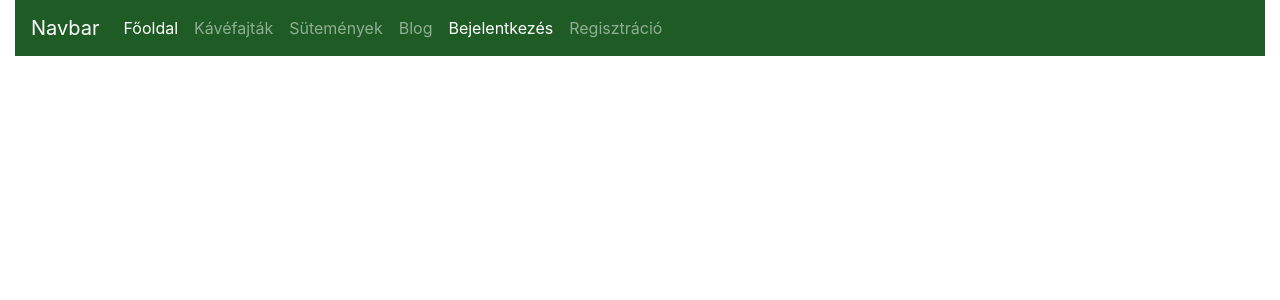
Repository: zsanber/kavezo
Page: index.html
These files come from the project's save history. The page is drawn as it stood at one moment and after the next save; the edit follows.
The browser window is 1280 px wide. The pictures show the whole page.

Above is the page before, as saved 2021-11-22 17:14:40.

After the next save:
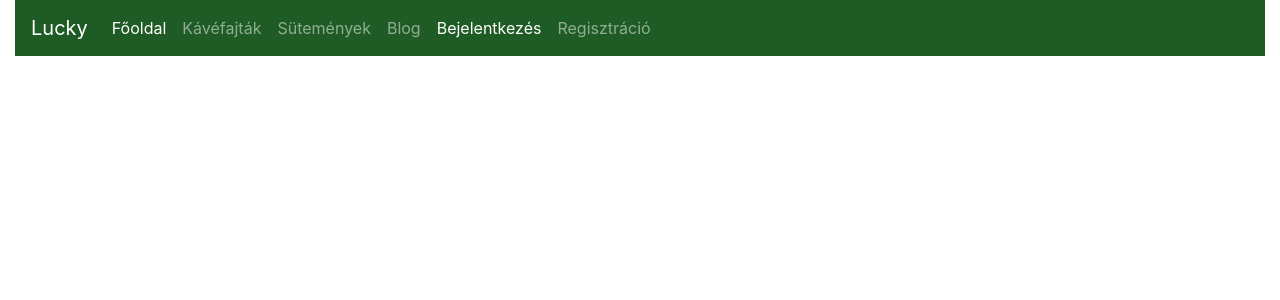
Saved 6 s later.
--- a/index.html
+++ b/index.html
@@ -15,7 +15,7 @@
   <body>
     <div class="container-fluid">
         <nav class="navbar navbar-expand-lg navbar-dark">
-            <a class="navbar-brand" href="#">Navbar</a>
+            <a class="navbar-brand" href="#">Lucky</a>
             <button class="navbar-toggler" type="button" data-toggle="collapse" data-target="#navbarAltMarkup" aria-controls="navbarNavDropdown" aria-expanded="false" aria-label="Toggle navigation">
             <span class="navbar-toggler-icon"></span>
             </button>
